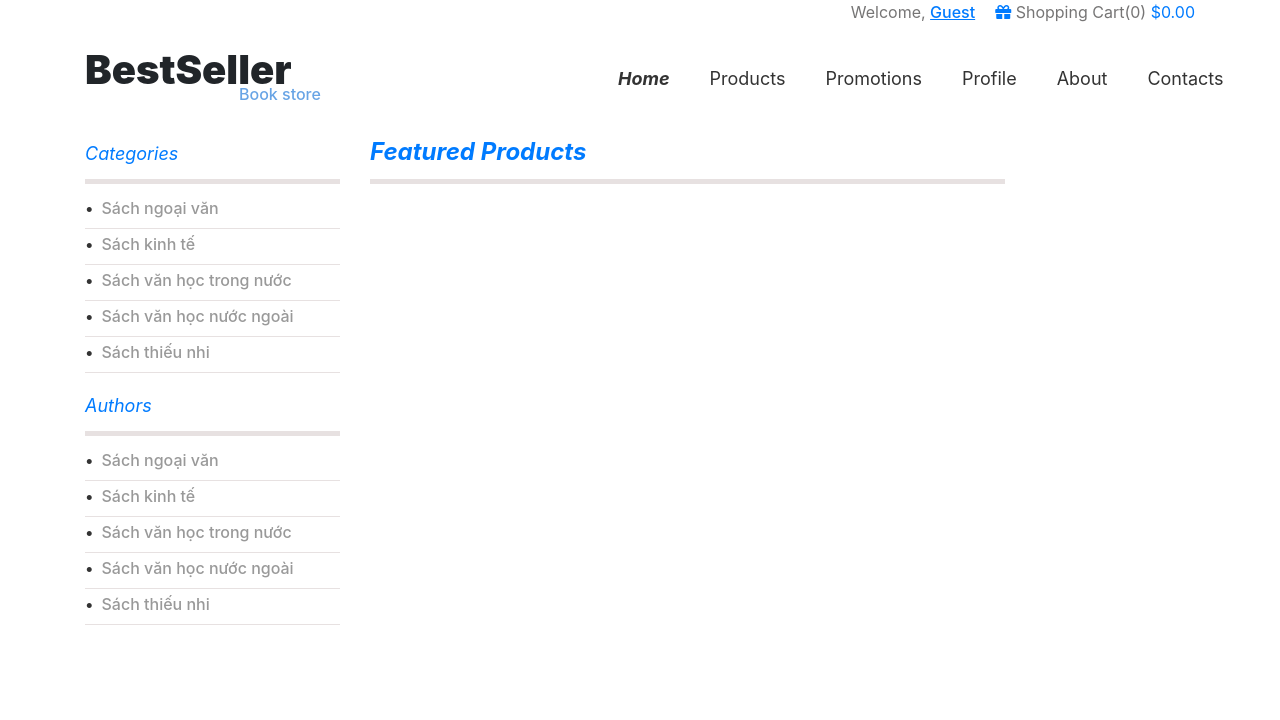
Repository: phunobi1807/BestSeller
Page: index.html
These files come from the project's save history. The page is drawn as it stood at one moment and after the next save; the edit follows.
The browser window is 1280 px wide. The pictures show the whole page.

Above is the page before, as saved 2021-06-28 23:37:21.

After the next save:
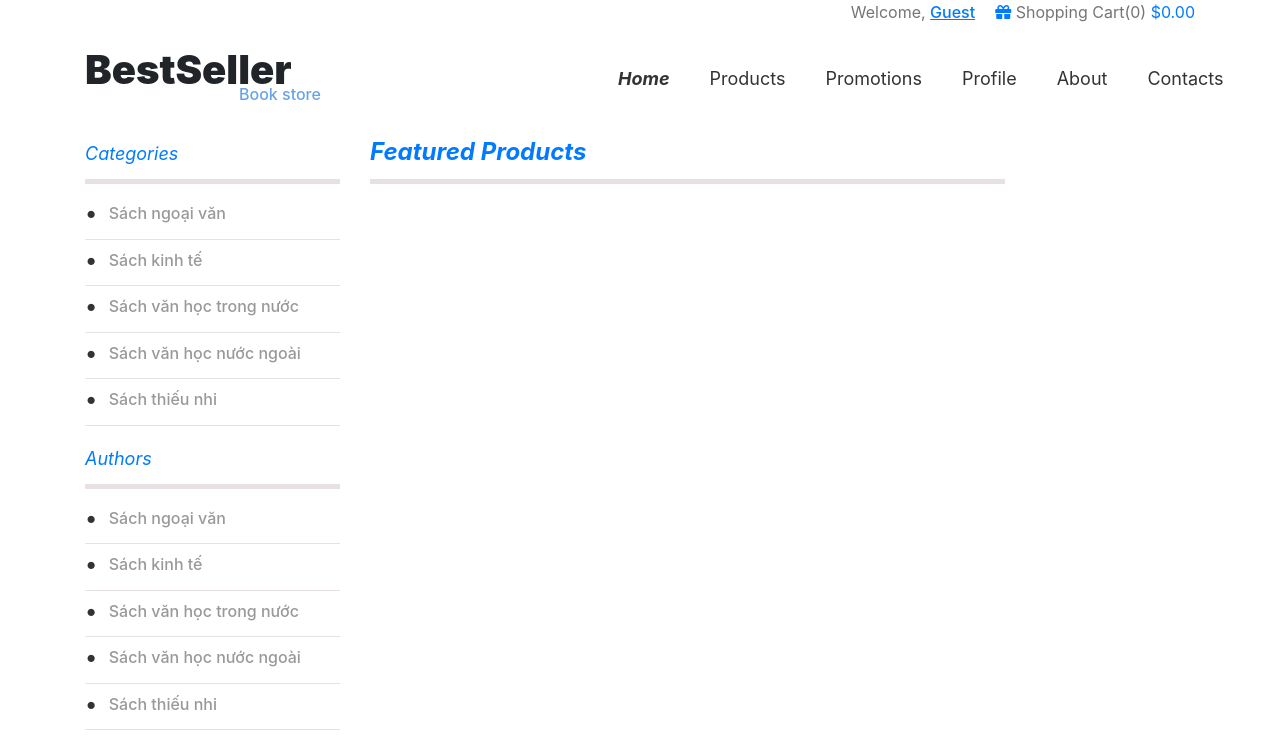
Saved 38 s later.
--- a/css/style.css
+++ b/css/style.css
@@ -137,6 +137,7 @@ html {
     content: '\2022 ';
     color: #333;
     padding-right: 0.5em;
+    font-size: 23px;
 }
 
 .side-bar__list-item::after {
